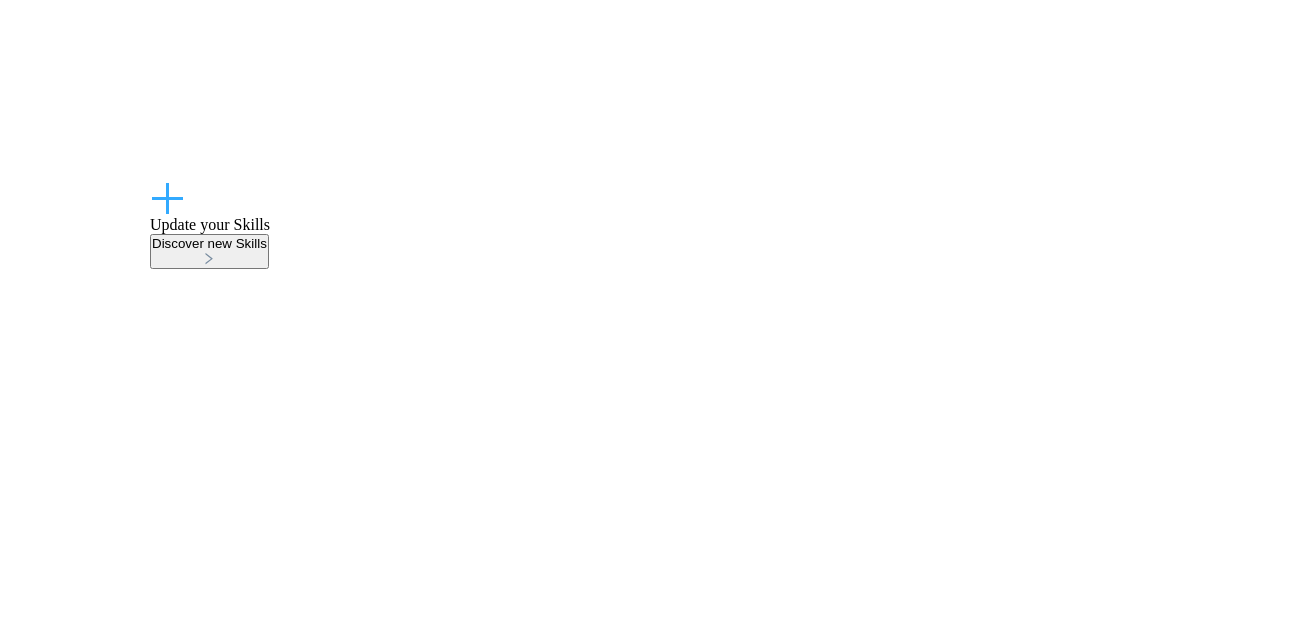
Repository: shekharyadav638/OSL_Assignment_1
Page: index.html
The author's editor kept a copy of each file at every save. The page is drawn from the files as they stood at one save, then again after the next save.
The browser window is 1280 px wide. The page is 1290 px wide, so the pictures cover 1290 px, including what lies to the right of the window. The pictures show the whole page.
The style sheet was rebuilt from its Sass, Less or Tailwind sources for each picture, by a compiler version that may differ from the author's.

Above is the page before, as saved 2024-07-14 22:31:51.

After the next save:
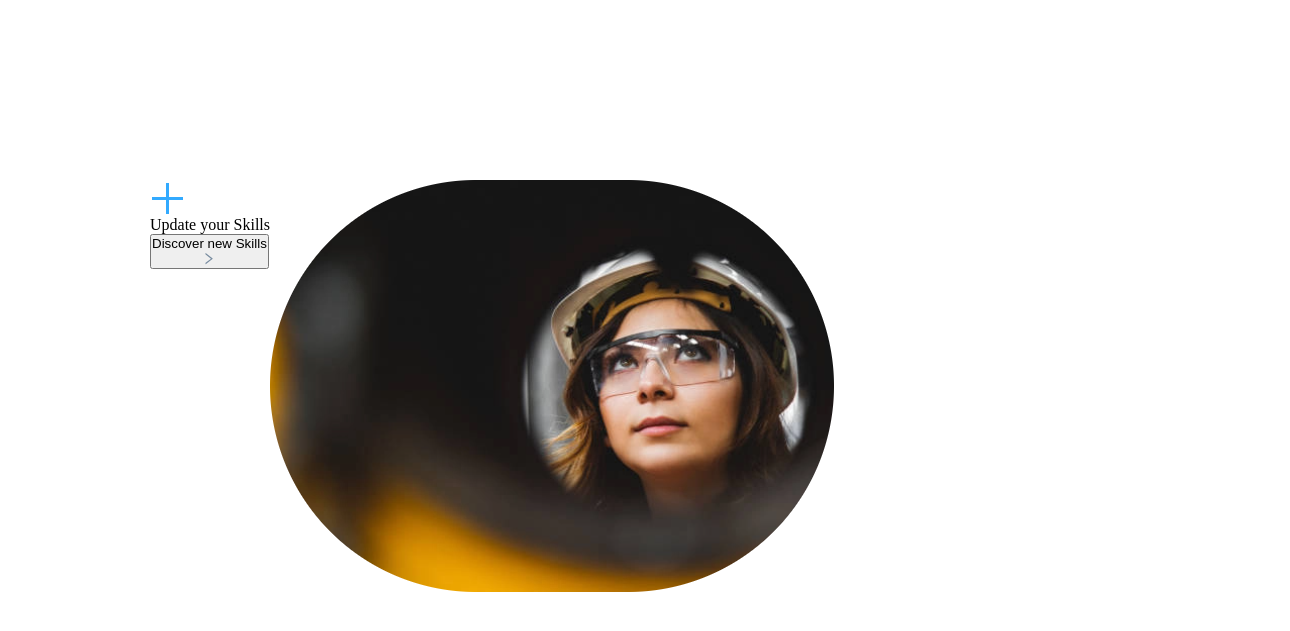
Saved 36 s later.
--- a/index.html
+++ b/index.html
@@ -270,7 +270,9 @@
           </button>
         </div>
       </div>
-      <div class="career_right"></div>
+      <div class="career_right">
+        <img src="img/career.png" alt="career" />
+      </div>
     </section>
   </body>
 </html>
